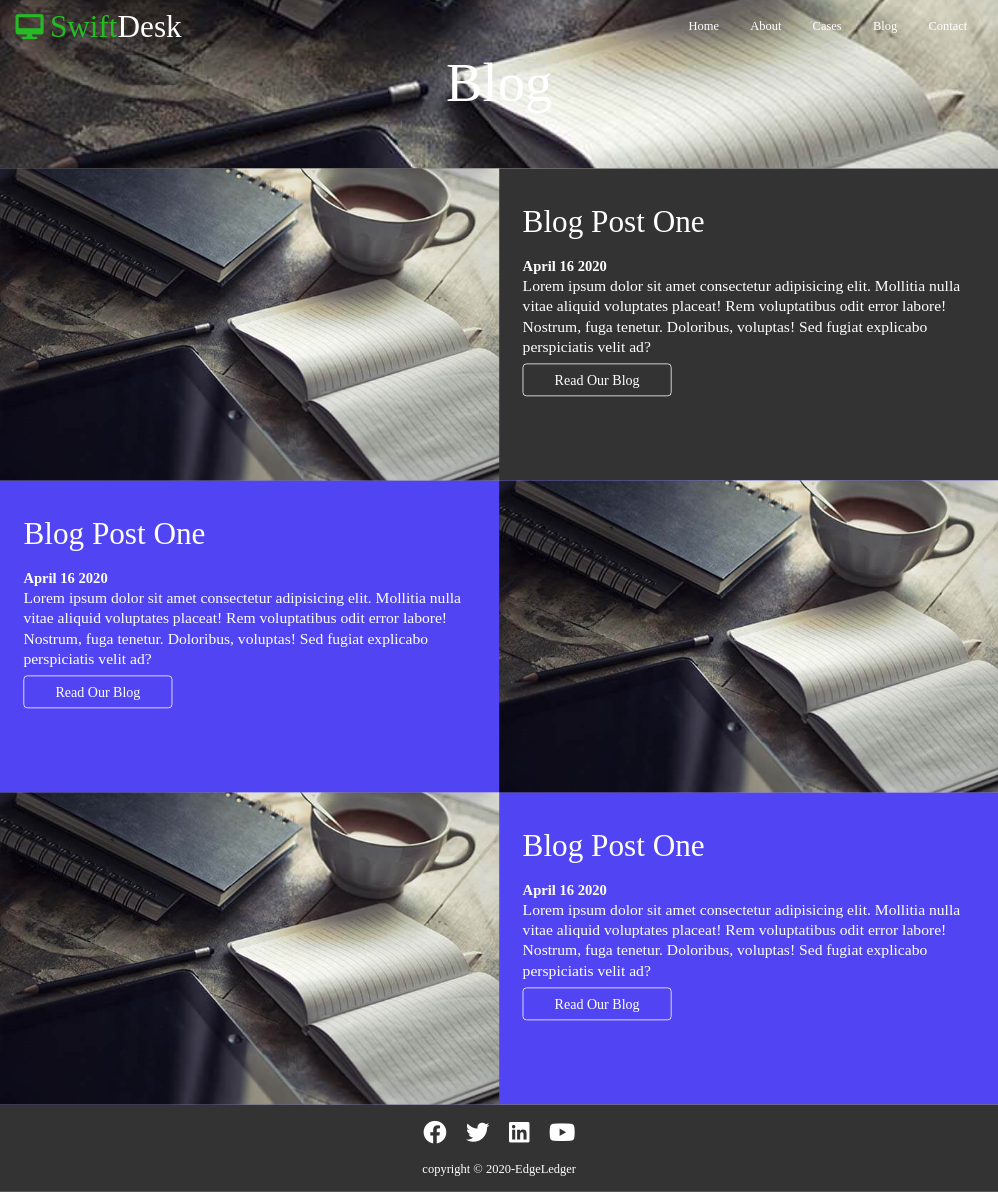
Repository: reemoon-ctrl/swiftdisk-Website-Flexbox
Page: blog.html
An editor plug-in stored every save of this project. The page is shown before and after a run of saves, followed by the edit.
The browser window is 1280 px wide. The pictures show the whole page, at 78% of full size.

Above is the page before, as saved 2024-07-27 12:40:22.

### blog.html
<!DOCTYPE html>
<html lang="en">
<head>
    <meta charset="UTF-8">
    <meta name="viewport" content="width=device-width, initial-scale=1.0">
    <title>
        Swift Desk
    </title>
    <link rel="stylesheet" href="https://cdnjs.cloudflare.com/ajax/libs/font-awesome/6.0.0-beta3/css/all.min.css">

    <link rel="stylesheet" href="index.css">
</head>
<body>
    <div class="show-case" id="blog-case">
        <header>
            <div class="nav-bar">
                <div class="title-bar">
                    <i class="fas fa-desktop fa-2x" style="color: rgb(37, 187, 37)"></i>
                    <h1 class="title"><span class="fword"> Swift</span>Desk</h1>
                </div>
                <div class="link-bar">
                    <a href="index.html">Home</a>
                    <a href="#about">About</a>
                    <a href="#cases">Cases</a>
                    <a href="#blog">Blog</a>
                    <a href="#contact">Contact</a>
                </div>
            </div>
            <h1>Blog</h1>
        </header>
    </div>
    <div>
        <div class="blog-light" id="blog">

            <div class="blog-content-light">

                <h2>Blog Post One</h2>
                <h3>April 16 2020</h3>
                <p>Lorem ipsum dolor sit amet consectetur
                    adipisicing elit. Mollitia nulla vitae aliquid voluptates placeat! Rem voluptatibus odit error labore! Nostrum, fuga tenetur. Doloribus, voluptas! Sed
                    fugiat explicabo perspiciatis velit ad?</p>
                <a href="index.html">Read Our Blog</a>
            </div>
            <div class="img-light"></div>
        </div>
    </div>
    <div>
        <div class="blog" id="blog">
            <div class="img"></div>
            <div class="blog-content">

                <h2>Blog Post One</h2>
                <h3>April 16 2020</h3>
                <p>Lorem ipsum dolor sit amet consectetur
                    adipisicing elit. Mollitia nulla vitae aliquid voluptates placeat! Rem voluptatibus odit error labore! Nostrum, fuga tenetur. Doloribus, voluptas! Sed
                    fugiat explicabo perspiciatis velit ad?</p>
                <a href="index.html">Read Our Blog</a>
             </div>
        </div>
    </div> <div>
        <div class="blog" id="blog">

            <div class="blog-content">

                <h2>Blog Post One</h2>
                <h3>April 16 2020</h3>
                <p>Lorem ipsum dolor sit amet consectetur
                    adipisicing elit. Mollitia nulla vitae aliquid voluptates placeat! Rem voluptatibus odit error labore! Nostrum, fuga tenetur. Doloribus, voluptas! Sed
                    fugiat explicabo perspiciatis velit ad?</p>

                    <a href="index.html">Read Our Blog</a>
            </div>
            <div class="img"></div>
        </div>
    </div>


    <footer>
            <ul class="footer-icon">
                <li><a href=""><i class="fa-brands fa-facebook"></i></a></li>
                <li><a href=""><i class="fa-brands fa-twitter"></i></a></li>
                <li><a href=""><i class="fa-brands fa-linkedin"></i></a></li>
                <li><a href=""><i class="fa-brands fa-youtube"></i></a></li>
            </ul>
            <p>copyright &copy; 2020-EdgeLedger</p>
    </footer>

</body>
</html>

### index.css
*{
    box-sizing: border-box;
    margin: 0;
    padding: 0;
}
body{

}
.nav-bar{
    display: flex;
    justify-content:space-between ;
    padding: 10px 20px;
    color:#fff;




}
.title-bar{
    align-items: center;
    flex-grow: 1;
    display: flex;
    gap:.5rem;


}
.title-bar h1{
    display:inline-block;
    font-size:2.5rem;
    font-weight: 400;
}

.link-bar{

    /* flex-grow:1 ; */
    align-self: center;
    display: flex;
}
.link-bar a{
    padding: 10px 20px;
    color:#fff;
    text-decoration: none;


}
.link-bar a:hover{
    border-bottom: 1px #25bb25 solid;
}
.fword{
    color:#25bb25;
}
.show-case{
   height:100vh;
   text-align: center;
   color:#fff;

   background:  url('img/home/showcase.jpg') no-repeat center center/cover ;
}
.hd-content{
    padding-top: 18rem;
}
.hd-content h1{
    font-size: 3rem;
}
.hd-content p{
    font-size: 1.5rem;
    padding-top: .8rem;
    padding-bottom: .8rem;
}
.hd-content a{
    color: #fff;
    background:#45c745 ;
    padding: 10px 30px;
    border-radius: 5px;
    text-decoration: none;
    text-align: center;
}
.about-section ul{
    display: flex;
    list-style: none;
    gap: 20px;

}
.about-srvice{
    padding: 50px ;
}
.about-srvice li{
    text-align: center;
}
.about-srvice li i{
    background-color: rgb(69, 199, 69);
    color:#fff;
    width:70px;
    height: 70px;
    border-radius: 70px;
    font-size: 40px;
    padding-top:15px ;


}
.about-srvice li h3{
    padding-top: 20px;
}
.about-srvice li p{
    padding-top: 20px;
    font-size: 20px;
    color: dimgrey;
}

.solutions{
    display:flex;
    background: #45c745;

}
.img{
    width:50%;
    background: url('/img/home/people.jpg') center center/cover no-repeat;

}
.solution-content{
    color:#fff;
    padding:20px 30px;
    height:25rem;
    width: 50%;
}
.solution-content h2{
    font-size: 40px;
    font-weight: 500;
    padding: 1.5rem 0px;
}
.solution-content p{
    font-size: 20px;
    line-height: 1.3;
    margin-bottom: 20px;
}
.solution-content a{
    padding: 10px 40px;
    border: 1px solid;
    color:#fff;
    text-decoration: none;
    border-radius: 5px;
    font-size: 18px;

}
.Business-case{
    width: 100vw;
}
.Business-case-content{
    text-align: center;
    padding-left: 30px;
    padding-right: 30px;
}
.Business-case-content h3{
    padding: 30px 0px;
}
.Business-case-content h2{
   padding-bottom: 30px;
    font-size: 40px;
    font-weight: 500;
}
.Business-case-content p{
    padding-bottom: 30px;
    font-size: 20px;
}
.BC-image{
    display: grid;
    grid-template-columns:100px 100px 100px 100px ;
   gap: 20px;
   padding: 40px 0px;
}
.BCimg{
    width: 100px;
    height:100px;

}
/* //////////////////////////////////// */
.blog{
    display:flex;
    background: #5145f3;
    flex-direction: row-reverse;

}
.img{
    width:50%;
    background: url('/img/home/blog.jpg') center center/cover no-repeat;

}
.blog-content{
    color:#fff;
    padding:20px 30px;
}
.blog-content{
    height:25rem;
    width: 50%;
}
.blog-content h2{
    font-size: 40px;
    font-weight: 500;
    padding: 1.5rem 0px;
}
.blog-content p{
    font-size: 20px;
    line-height: 1.3;
    margin-bottom: 20px;
}
.blog-content a{
    padding: 10px 40px;
    border: 1px solid;
    color:#fff;
    text-decoration: none;
    border-radius: 5px;
    font-size: 18px;

}
.our-team{
    padding-bottom: 40px;
}
.team-image{
    display: flex;
    justify-content: space-around;
    width: 100vw;
    list-style: none;
    text-align: center;

}
.team-image li h4{
    padding: 15px;
}
.tmimg{
    width: 90%;
    height:70%;
    border-radius: 70%;

}
.request{
    display: flex;
    background-color: #f4f4f4;
}
.request .img{
    background: url(/img/home/contact.jpg);
}
.form-content{
    color:#333;
    padding:20px 30px;
    height:25rem;
    width: 50%;
}
.form-content h2{
    color:#333;
    font-size: 40px;
    font-weight: 500;
    padding: 1.5rem 0px;
    font-weight:lighter;
}
.requwst-form{
    display: flex;
    flex-direction: column;
    gap :20px;

}
.requwst-form input{
border: #ddd;
color: #333;
font-size: 15px;
padding: 10px;
}
.requwst-form input[type=submit]{
    background: #25bb25;
    color:#fff;
    cursor: pointer;
    border-radius: 5px;


}
.requwst-form input[type=submit]:hover{
    background-color: #6de66d;

}
footer{
    background: #333;
    padding: 20px ;
}
.footer-icon{
    display: flex;
    align-items: center;
    justify-content: center;
    gap:25px;
}
.footer-icon li{
    list-style: none;
}
.footer-icon li a{
    color: #fff;
    font-size: 30px;
}
.footer-icon li a:hover{
    color: #45c745;
}

footer p{
    text-align: center;
    color: #fff;
    padding-top: 20px;

}
/* //////////blog page//////////////// */
#blog-case{
    height:30vh;
    text-align: center;
    color:#fff;
    background:  url('img/home/blog.jpg') no-repeat center center/cover ;
 }
header h1{
    font-size: 70px;
    font-weight: 400;
 }
 .blog-light{
    display:flex;
    background: #333;
    flex-direction: row-reverse;

}
.img-light{
    width:50%;
    background: url('/img/home/blog.jpg') center center/cover no-repeat;

}
.blog-content-light{
    color:#fff;
    padding:20px 30px;
    height:25rem;
    width: 50%;
}
.blog-content-light h2{
    font-size: 40px;
    font-weight: 500;
    padding: 1.5rem 0px;
}
.blog-content-light p{
    font-size: 20px;
    line-height: 1.3;
    margin-bottom: 20px;
}
.blog-content-light a{
    padding: 10px 40px;
    border: 1px solid;
    color:#fff;
    text-decoration: none;
    border-radius: 5px;
    font-size: 18px;

}

After the next 2 saves:
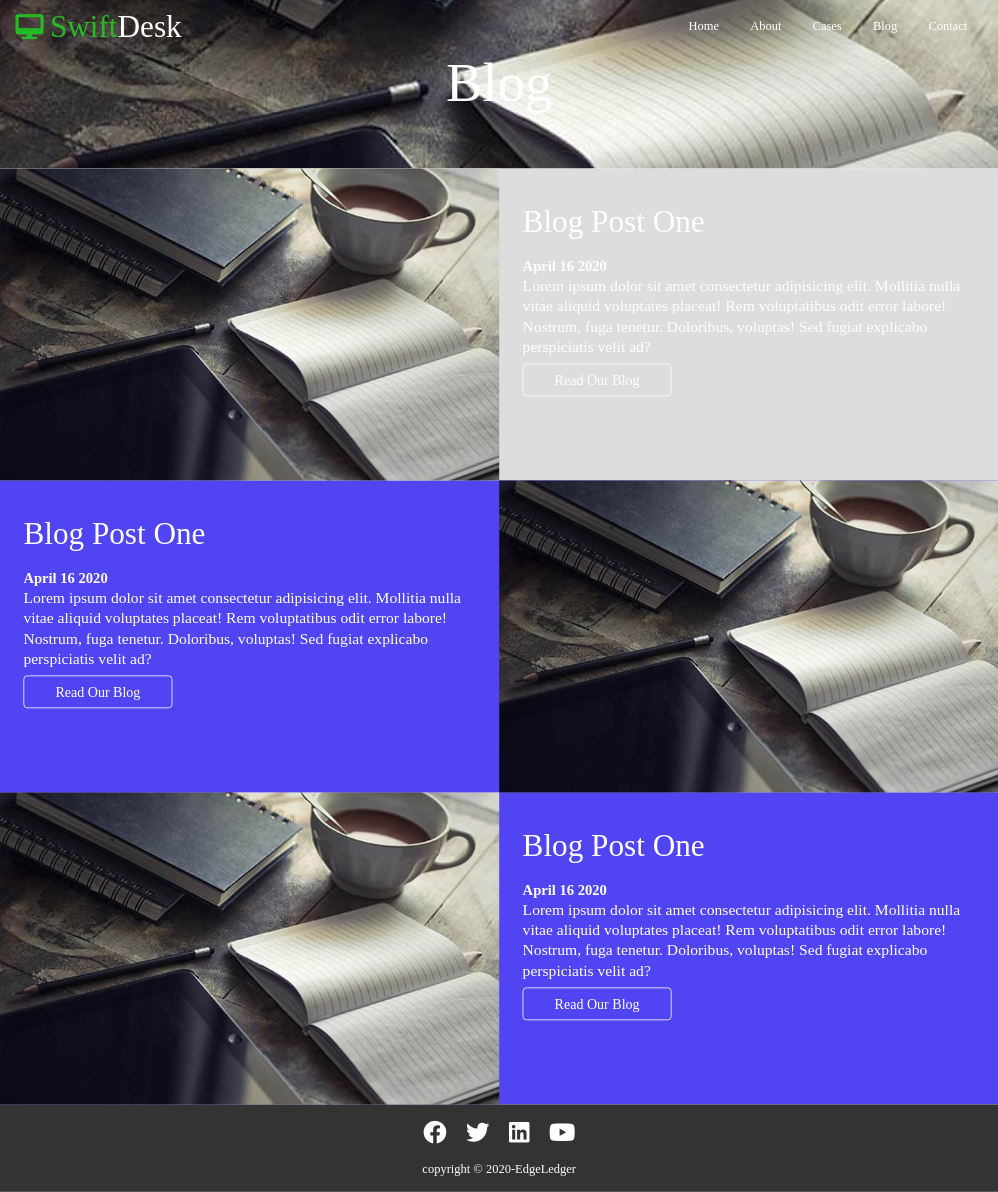
The 2 saves are shown as one change because they came seconds apart.
The last was saved 6 s later.
--- a/index.css
+++ b/index.css
@@ -316,7 +316,7 @@ header h1{
  }
  .blog-light{
     display:flex;
-    background: #333;
+    background: #ddd;
     flex-direction: row-reverse;
 
 }
